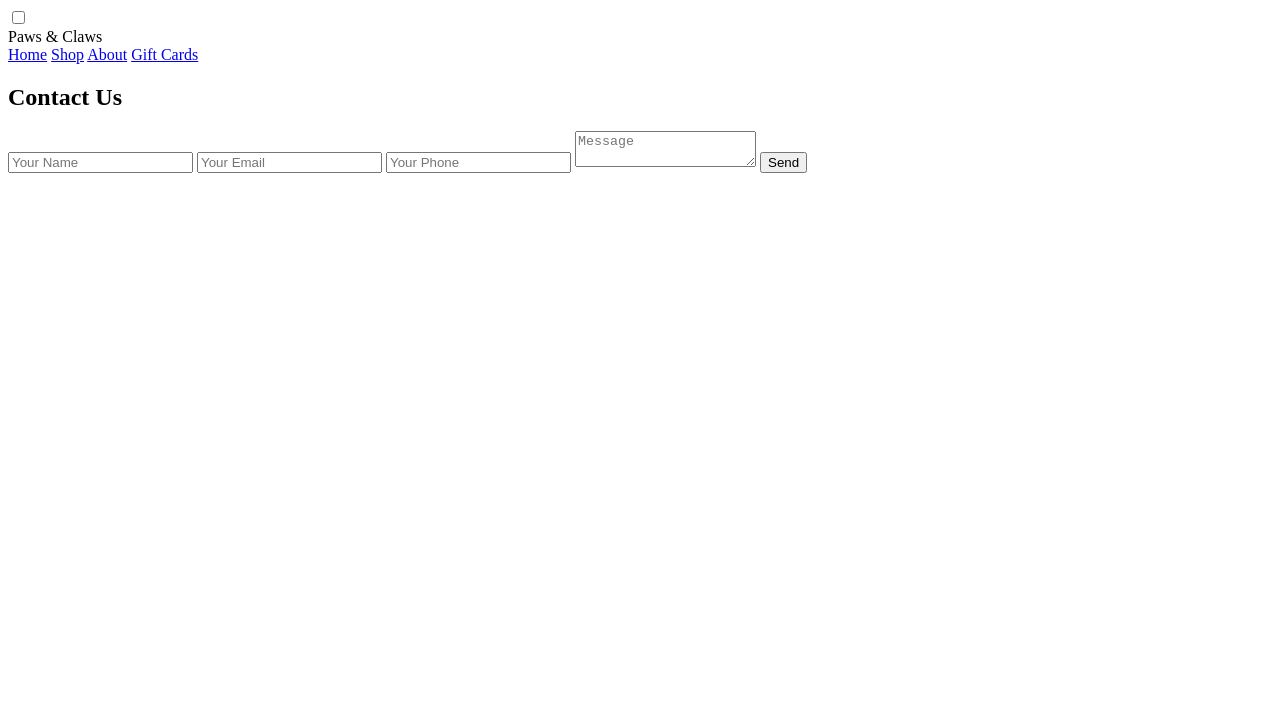
Repository: LtGriff/petProject
Page: dist/contact.html
The author's editor kept a copy of each file at every save. The page is drawn from the files as they stood at one save, then again after the next save.
The browser window is 1280 px wide. The pictures show the whole page.

Above is the page before, as saved 2022-05-19 05:07:29.
Console error: SyntaxError: Unexpected token ':'
Not found: dist/dist/CSS/contact.css

After the next save:
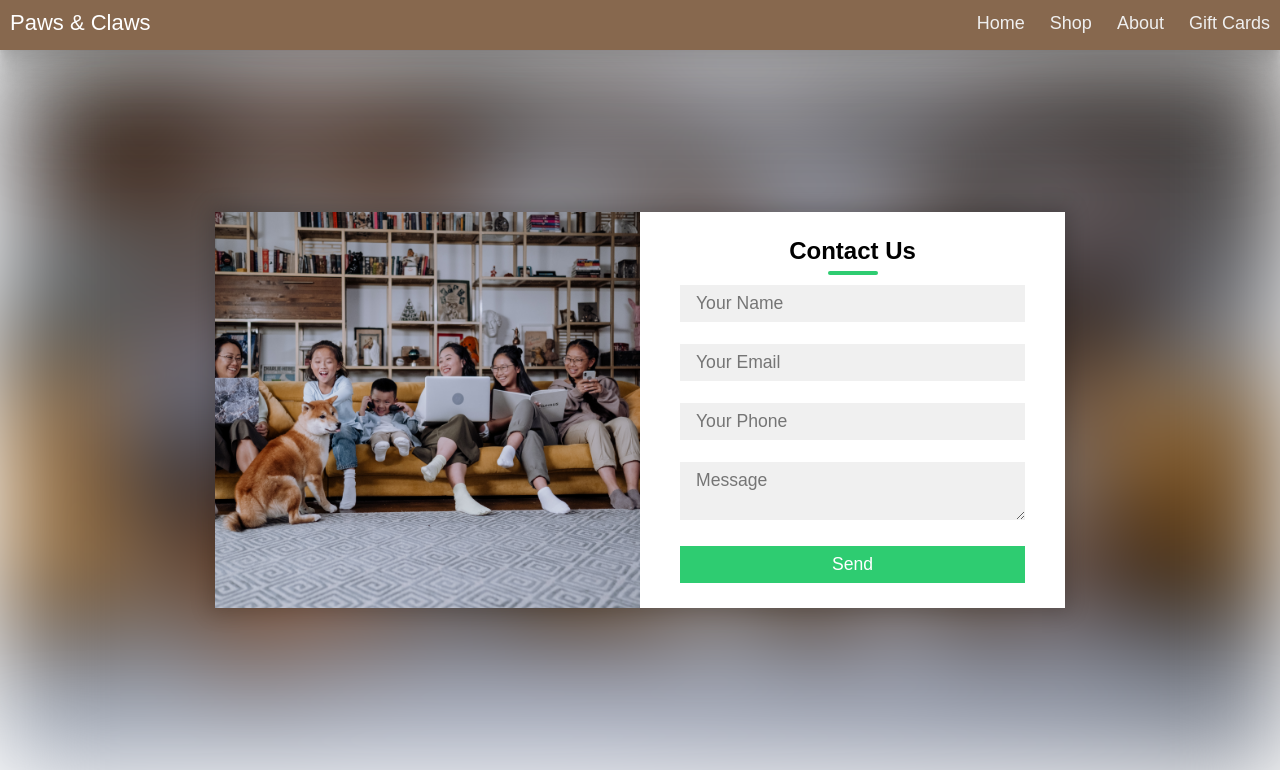
Saved 23 s later.
--- a/dist/contact.html
+++ b/dist/contact.html
@@ -5,7 +5,7 @@
     <meta http-equiv="X-UA-Compatible" content="IE=edge">
     <meta name="viewport" content="width=device-width, initial-scale=1.0">
     <title>Let's Connect!</title>
-    <link rel="stylesheet" type="text/css" href="../dist/CSS/contact.css">
+    <link rel="stylesheet" type="text/css" href="../CSS/contact.css">
 </head>
 <body>
 
